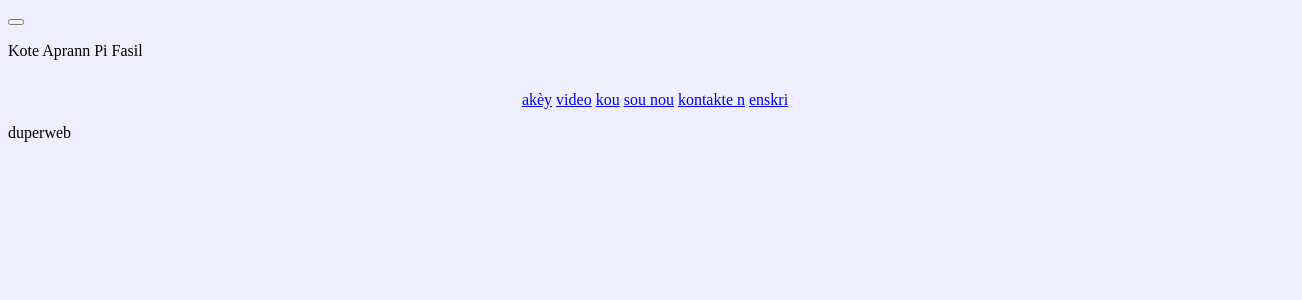
Repository: duperweb/docweb
Page: index.html
These files come from the project's save history. The page is drawn as it stood at one moment and after the next save; the edit follows.
The browser window is 1280 px wide. The page is 1302 px wide, so the pictures cover 1302 px, including what lies to the right of the window. The pictures show the whole page.

Above is the page before, as saved 2021-03-16 14:57:01.

After the next save:
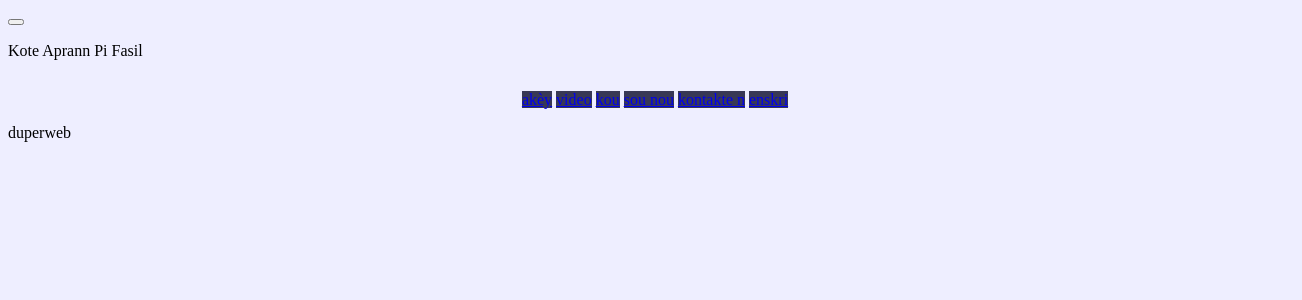
Saved 3 s later.
--- a/assets/css/home.css
+++ b/assets/css/home.css
@@ -21,6 +21,7 @@
     text-align: center;
 }
 #nav-horizontal-menu a {
+    background-color: #383855;
     color:
 }
 /*===================== END OF HEADER  TOP SECTION====================*/

After the 2 saves that followed:
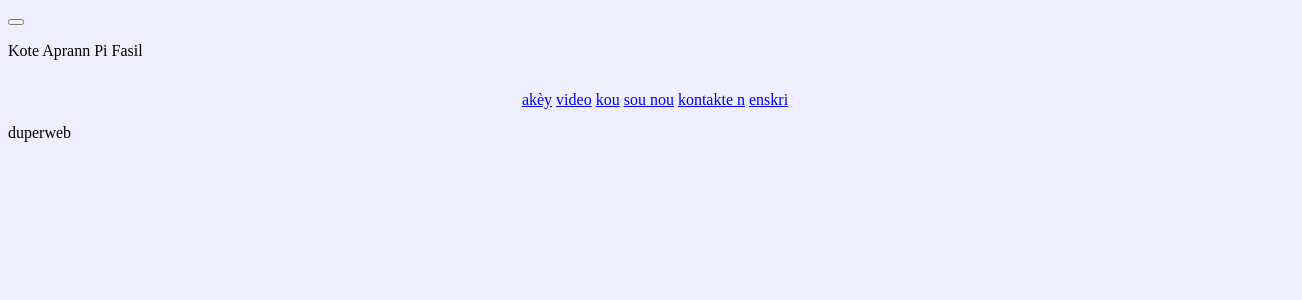
The 2 saves are shown as one change because they came seconds apart.
The last was saved 10 s later.
--- a/assets/css/home.css
+++ b/assets/css/home.css
@@ -21,7 +21,8 @@
     text-align: center;
 }
 #nav-horizontal-menu a {
+    color:
     background-color: #383855;
-    color:
+
 }
 /*===================== END OF HEADER  TOP SECTION====================*/
